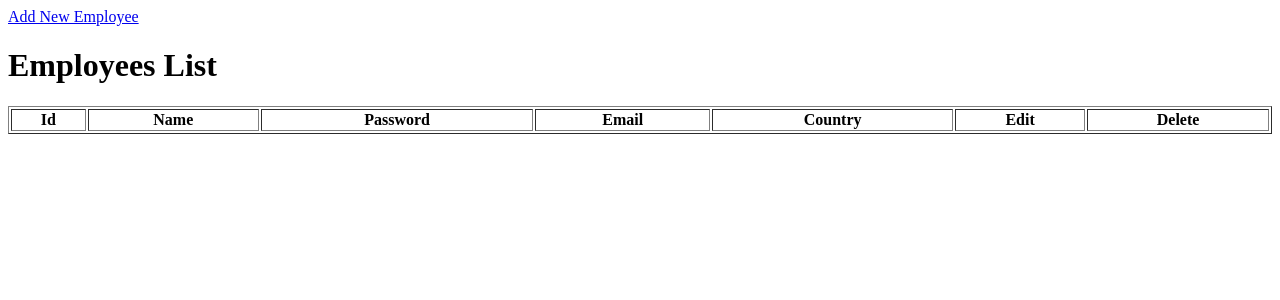
Repository: Kamleshmaury/CoreJava
Page: http://localhost/Crud_App/ViewServlet
The author's editor kept a copy of each file at every save. The page is drawn from the files as they stood at one save, then again after the next save.
The browser window is 1280 px wide. The pictures show the whole page.
The page is served by Tomcat 10. Queries for data that is not in the repository find no rows.

Above is the page before, as saved 2022-10-18 06:36:37.

After the next save:
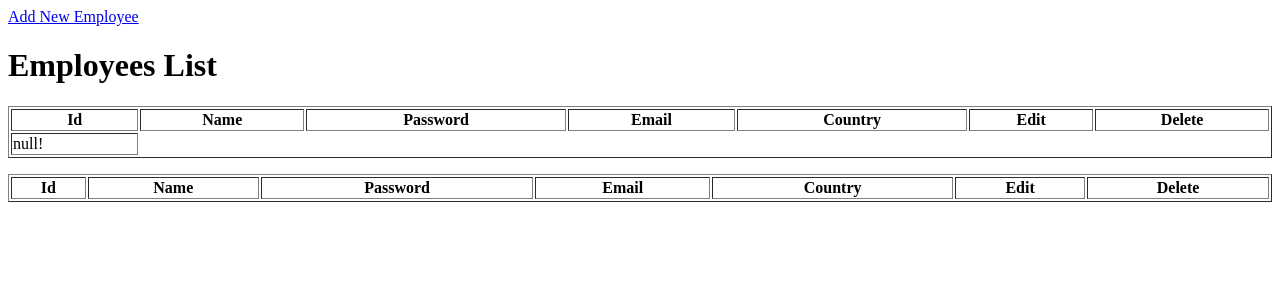
Saved 76 s later.
--- a/Crud_App/src/main/java/com/hops/ViewServlet.java
+++ b/Crud_App/src/main/java/com/hops/ViewServlet.java
@@ -24,6 +24,7 @@ public class ViewServlet extends HttpServlet {
         for(Employee e:list) {
         	int id = e.getId();
         }
+        request.getRequestDispatcher("view1.jsp").include(request, response);
         out.print("<table border='1' width='100%'");
         out.print("<tr><th>Id</th>"
         		+ "<th>Name</th>"
